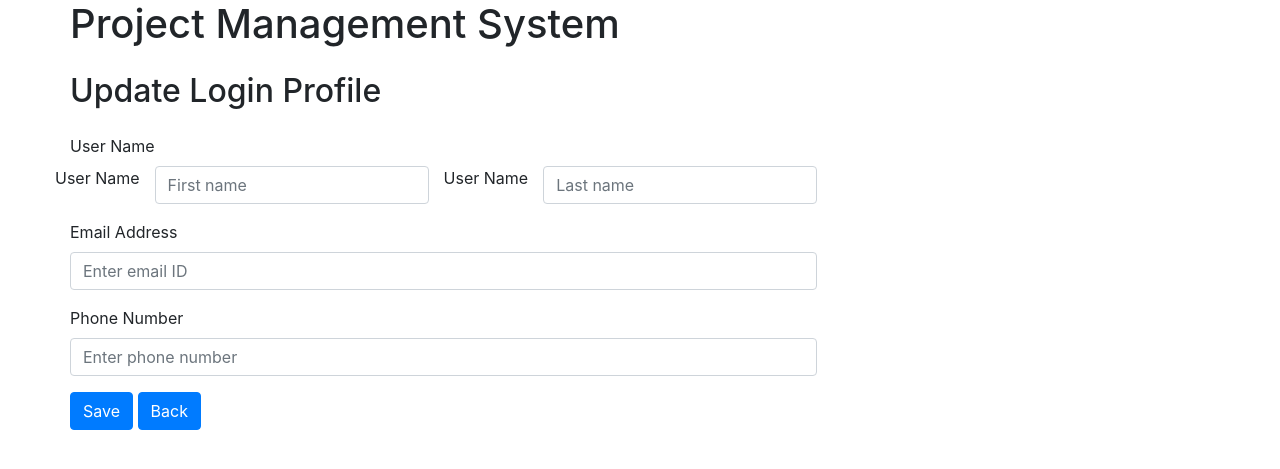
Repository: ajmins/Project-Management-System
Page: http://localhost/updateLoginProfile
These files come from the project's save history. The page is drawn as it stood at one moment and after the next save; the edit follows.
The browser window is 1280 px wide. The pictures show the whole page.
The page is this project's Thymeleaf template; nobody is signed in. The template is opened directly, without the code that normally fills it, so the values that code supplies are empty.

Above is the page before, as saved 2023-01-08 18:32:45.

### ProjectManagement/src/main/resources/templates/updateLoginProfile.html
<!DOCTYPE html>
<html xmlns:th="http://www.thymeleaf.org">
<head>
<meta charset="ISO-8859-1">
<title>Add User</title>
<link rel="stylesheet"
	href="https://cdn.jsdelivr.net/npm/bootstrap@4.0.0/dist/css/bootstrap.min.css"
	integrity="sha384-Gn5384xqQ1aoWXA+058RXPxPg6fy4IWvTNh0E263XmFcJlSAwiGgFAW/dAiS6JXm"
	crossorigin="anonymous">
</head>
<body>

<div class ="container">

		<div class = "row">
			<h1> Project Management System</h1>
		</div>
		<div class = "row mt-3 "> <br>
			<h2> Update Login Profile</h2>
		</div>
		<div class ="row mt-3">
		<form th:action="@{/saveLoginProfile}" th:object="${logins}" method="post">
				<div class="form-group">
				<input hidden="hidden" th:field="*{loginId}"/>
				<input hidden="hidden" th:field="*{personId}"/>
			<label>User Name</label> <br>
				<div class="row">
					<label>User Name</label> <br>
				    <div class="col">
				      <input type="text" th:field="*{firstName}" class="form-control" placeholder="First name">
				    </div>
				    	<label>User Name</label> <br>
				    <div class="col">
				      <input type="text" th:field="*{lastName}" class="form-control" placeholder="Last name">
				    </div>
			  	</div>
			</div>

		  <div class="form-group">
		    <label for="exampleInputEmail1">Email Address</label>
		    <input type="email" th:field="*{emailID}" class="form-control" id="exampleInputEmail1" placeholder="Enter email ID">

		  </div>
		  <div class="form-group">
		    <label for="exampleInputPhone1">Phone Number</label>
		    <input type="number" th:field="*{phoneNumber}" class="form-control" id="exampleInputPhone1" placeholder="Enter phone number">

		  </div>


		  <button type="submit" class="btn btn-primary">Save</button>
		  <a th:href ="@{/persons}" class="btn btn-primary">Back</a>

		</form>
		</div>
</div>
</body>
</html>

After the next save:
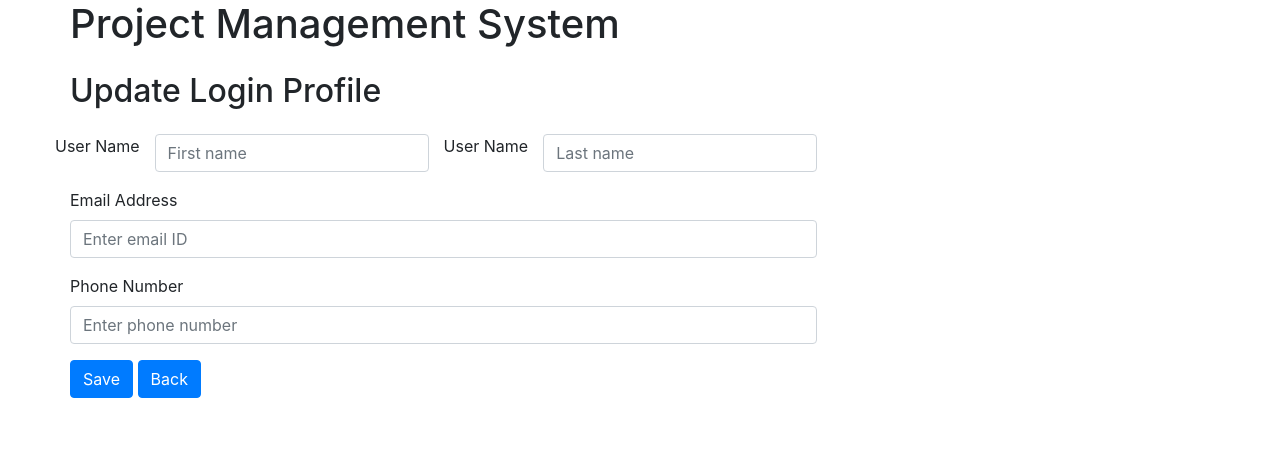
Saved 7 s later.
--- a/ProjectManagement/src/main/resources/templates/updateLoginProfile.html
+++ b/ProjectManagement/src/main/resources/templates/updateLoginProfile.html
@@ -23,7 +23,6 @@
 				<div class="form-group">
 				<input hidden="hidden" th:field="*{loginId}"/>
 				<input hidden="hidden" th:field="*{personId}"/>
-			<label>User Name</label> <br>
 				<div class="row">
 					<label>User Name</label> <br>
 				    <div class="col">
